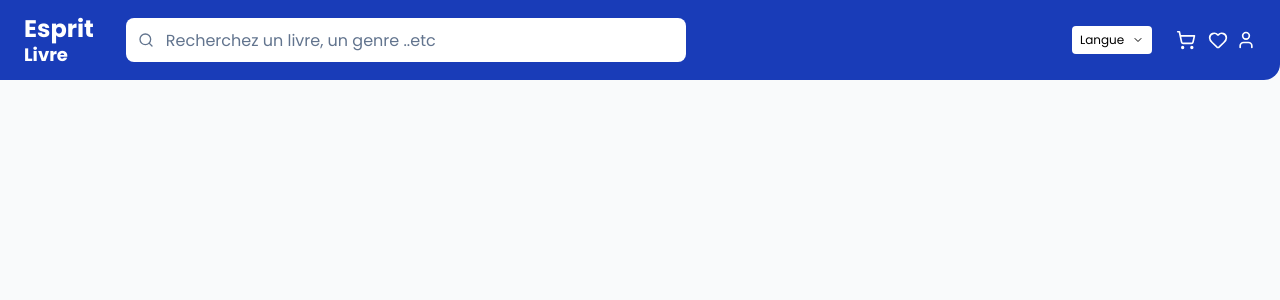
Repository: oussamabenberkane/esprit-livre-front
Page: /
These files come from the project's save history. The page is drawn as it stood at one moment and after the next save; the edit follows.
The browser window is 1280 px wide. The pictures show the whole page.
The project was rebuilt for these pictures with package versions that can differ from the ones it lists, and the page was loaded fresh each time. Also part of the build but not shown: vite.config.js.

Above is the page before, as saved 2025-09-25 18:56:09.

After the next save:
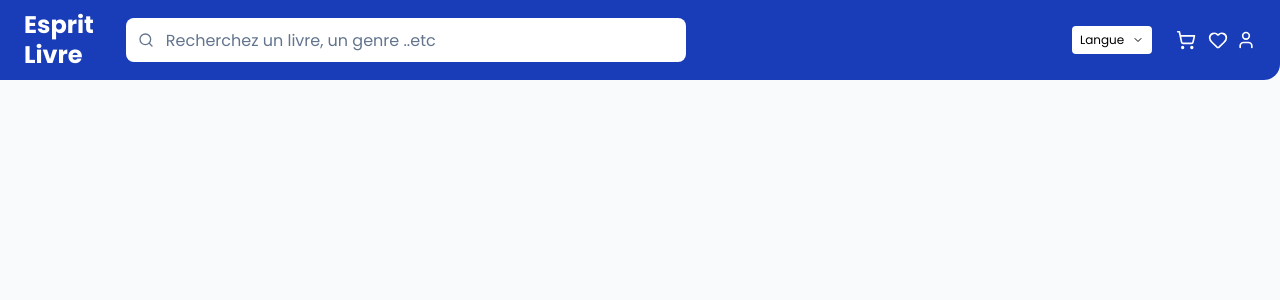
Saved 5 s later.
--- a/src/components/common/navbar.jsx
+++ b/src/components/common/navbar.jsx
@@ -4,7 +4,7 @@ import { Search, ChevronDown, ShoppingCart, Heart, User } from 'lucide-react';
 const Logo = () => (
     <div className="flex flex-col text-white">
         <div className="text-2xl font-bold leading-tight">Esprit</div>
-        <div className="text-lg font-bold leading-tight">Livre</div>
+        <div className="text-2xl font-bold leading-tight">Livre</div>
     </div>
 );
 
